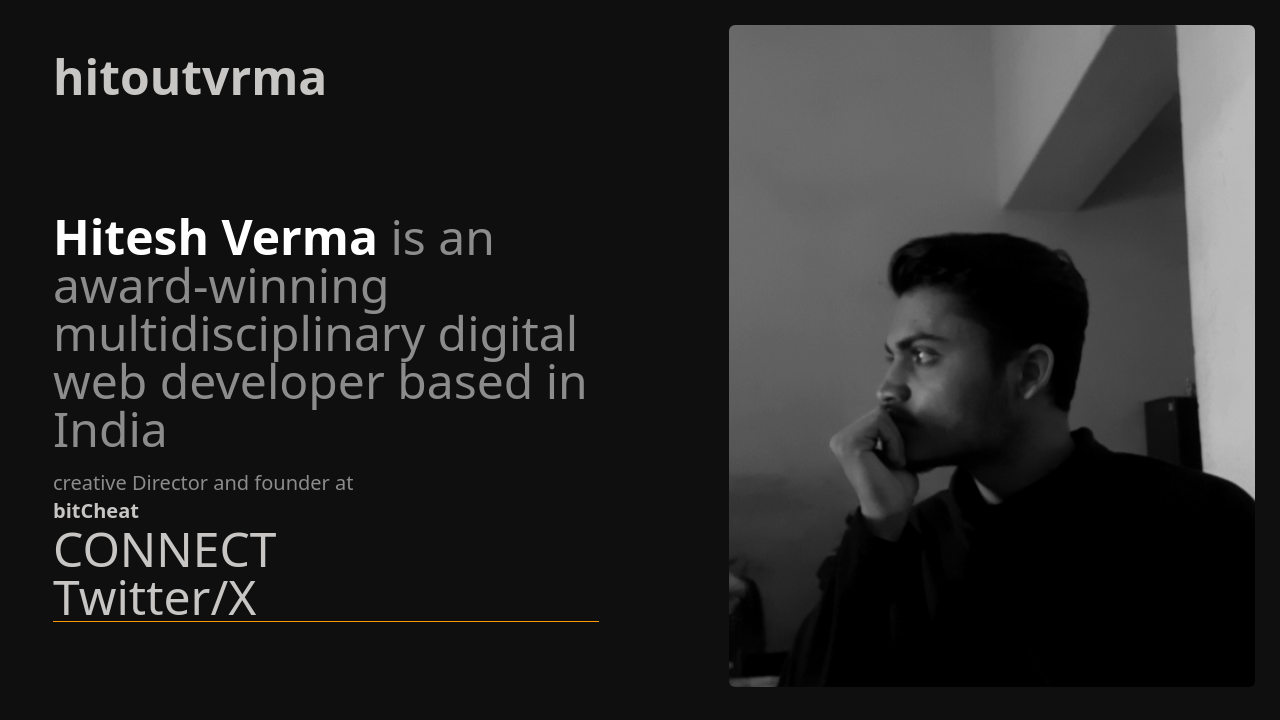
Repository: hitoutvrma/portfolio
Page: /
The author's editor kept a copy of each file at every save. The page is drawn from the files as they stood at one save, then again after the next save.
The browser window is 1280 px wide. The pictures show the whole page.
The project was rebuilt for these pictures with package versions that can differ from the ones it lists, and the page was loaded fresh each time. Also part of the build but not shown: vite.config.js.

Above is the page before, as saved 2025-03-07 01:11:00.

After the next save:
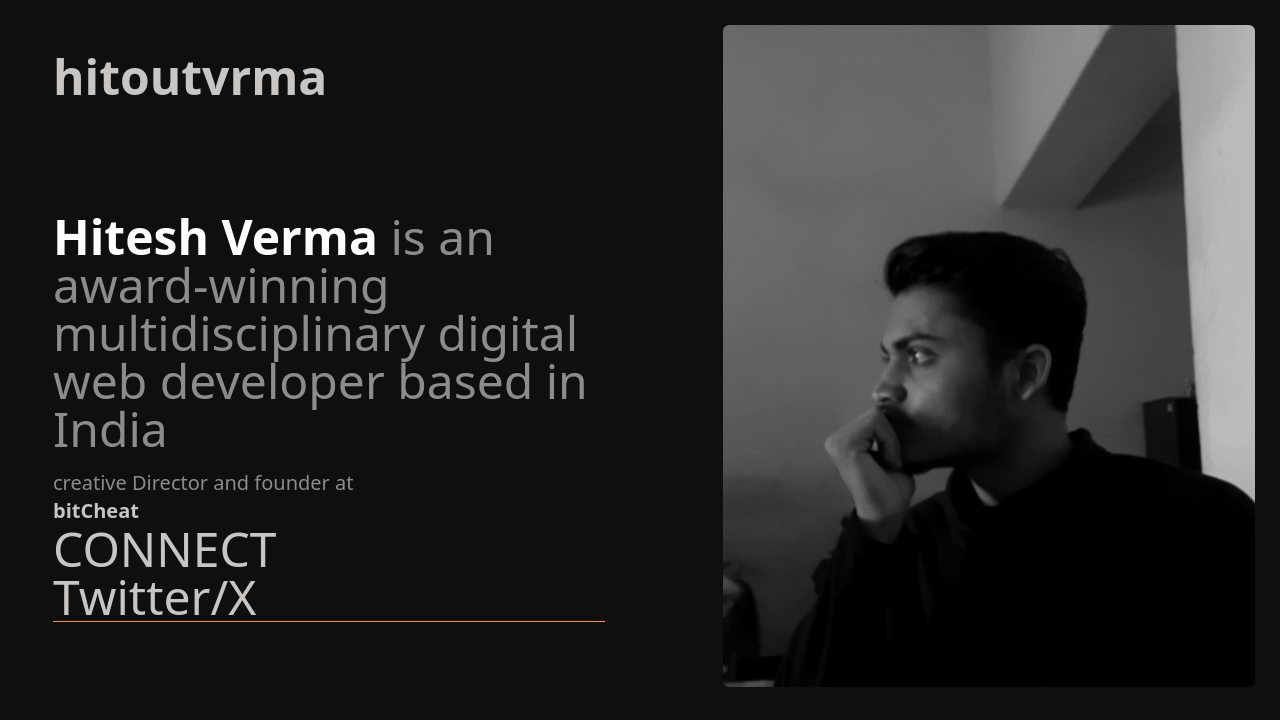
Saved 5 s later.
--- a/src/App.jsx
+++ b/src/App.jsx
@@ -18,7 +18,7 @@
           <div className='w-full h-[0.1vh] bg-amber-500'></div>
         </div>
         </div>
-        <div style={{ backgroundImage: "url('/user.jpg')" }} className='sm:ml-[8vw] bg-cover bg-center w-[43vw] h-[92vh]  bg-[#3a3a3a] rounded-md'>
+        <div style={{ backgroundImage: "url('/user.jpg')" }} className='sm:ml-[7vw] bg-cover bg-center w-[43vw] h-[92vh]  bg-[#3a3a3a] rounded-md'>
         </div>
       </div>
 

After the save that followed:
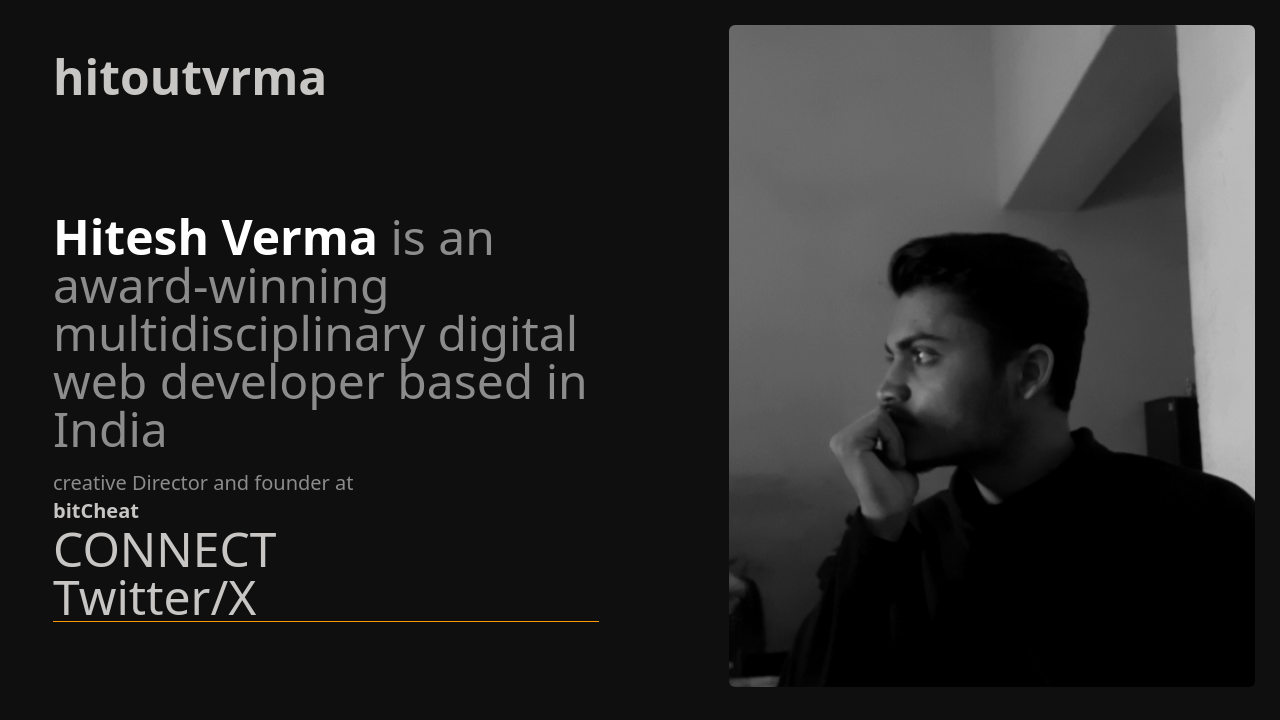
Saved 7 s later.
--- a/src/App.jsx
+++ b/src/App.jsx
@@ -18,7 +18,7 @@
           <div className='w-full h-[0.1vh] bg-amber-500'></div>
         </div>
         </div>
-        <div style={{ backgroundImage: "url('/user.jpg')" }} className='sm:ml-[7vw] bg-cover bg-center w-[43vw] h-[92vh]  bg-[#3a3a3a] rounded-md'>
+        <div style={{ backgroundImage: "url('/user.jpg')" }} className='sm:ml-[8vw] bg-cover bg-center w-[43vw] h-[92vh]  bg-[#3a3a3a] rounded-md'>
         </div>
       </div>
 
